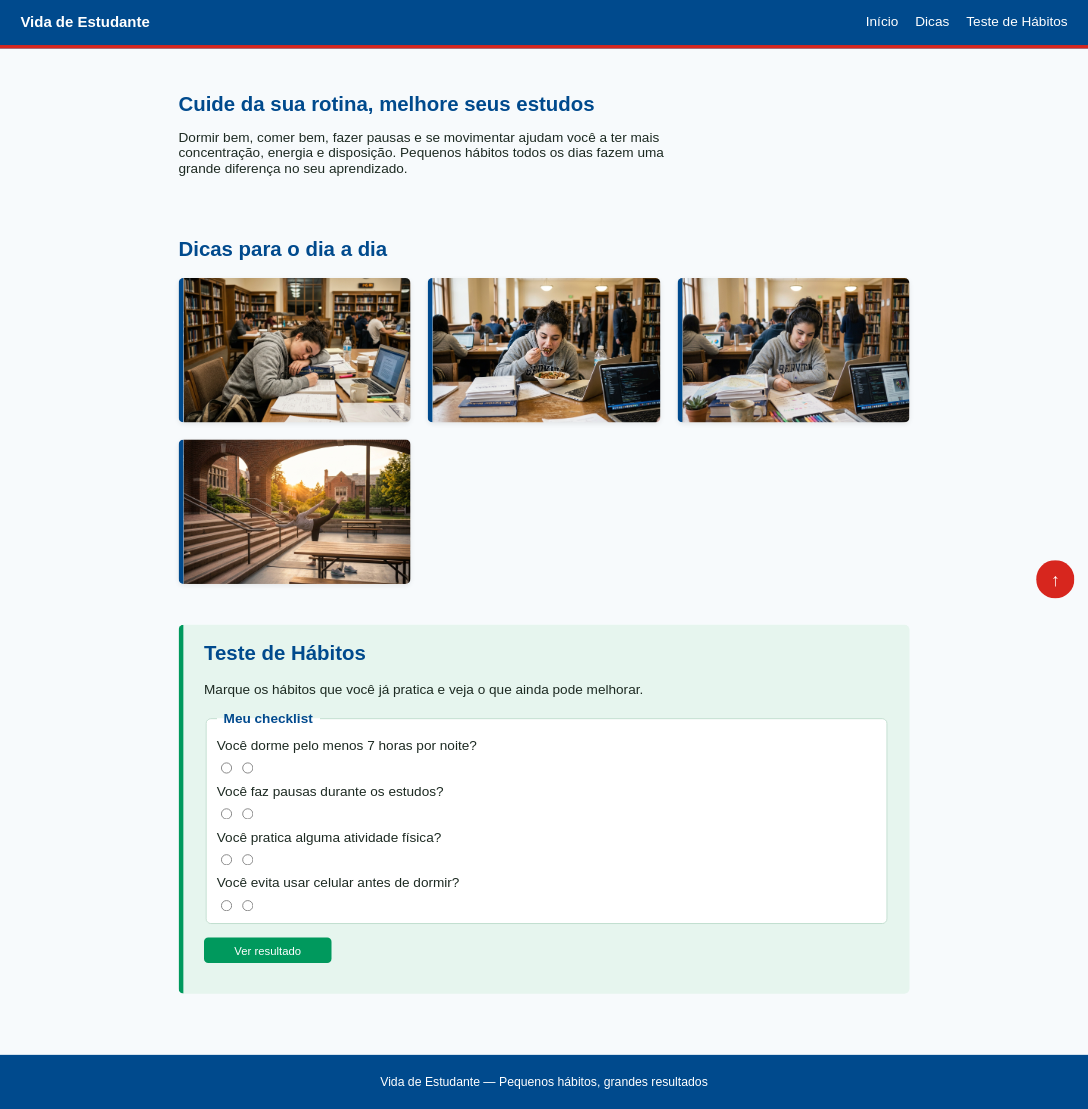
Repository: antonymsantana-design/healf-student
Page: index.html
These files come from the project's save history. The page is drawn as it stood at one moment and after the next save; the edit follows.
The browser window is 1280 px wide. The pictures show the whole page, at 85% of full size.

Above is the page before, as saved 2026-10-12 22:31:23.

After the next save:
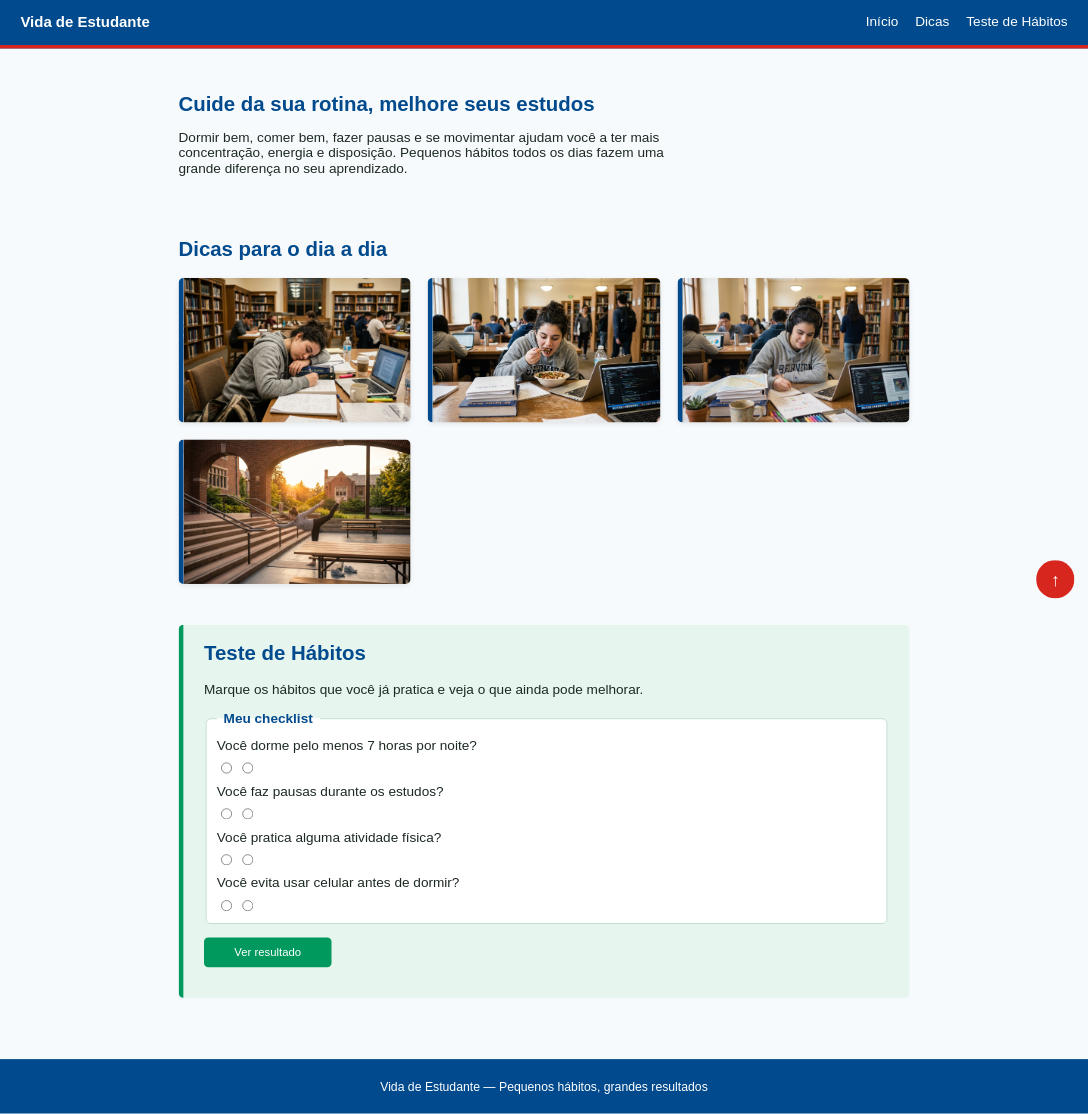
Saved 19 s later.
--- a/style.css
+++ b/style.css
@@ -77,7 +77,7 @@ h2 {
 
 .btn{
     width: 150px;
-    height: 30px;
+    height: 35px;
     border-radius: 5px;
     color: white;
     background-color: #00995d;
